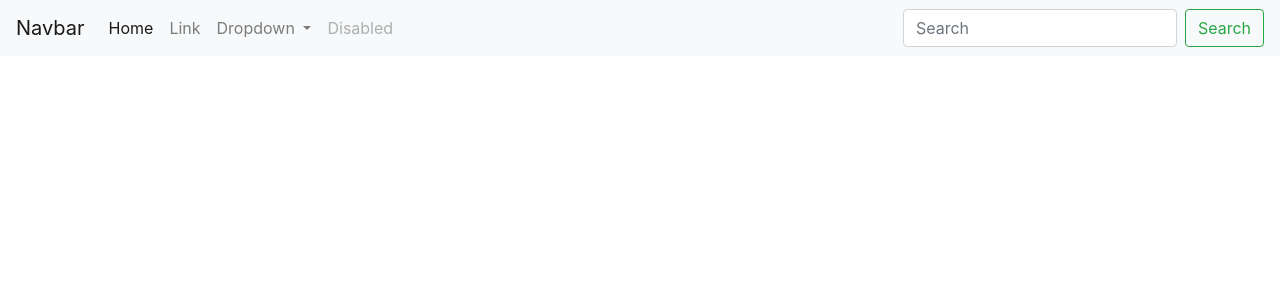
Repository: wolwerr/VueJs-Ninja
Page: Aula-13.html
An editor plug-in stored every save of this project. The page is shown before and after the next save, followed by the edit.
The browser window is 1280 px wide. The pictures show the whole page.

Above is the page before, as saved 2021-10-25 20:58:13.

### Aula-13.html
<!DOCTYPE html>
<html lang="en">
<head>
    <meta charset="UTF-8">
    <meta http-equiv="X-UA-Compatible" content="IE=edge">
    <meta name="viewport" content="width=device-width, initial-scale=1.0">
    <meta http-equiv="X-UA-Compatible" content="IE=edge">
    <title>Aulas de Vuejs</title>
    <link rel="stylesheet" href="https://maxcdn.bootstrapcdn.com/bootstrap/4.0.0/css/bootstrap.min.css" integrity="sha384-Gn5384xqQ1aoWXA+058RXPxPg6fy4IWvTNh0E263XmFcJlSAwiGgFAW/dAiS6JXm" crossorigin="anonymous">
</head>
<body>
    <div id="app">
        <navbar></navbar>
        </div>

        <template id="navbar">
            <nav class="navbar navbar-expand-lg navbar-light bg-light">
                <a class="navbar-brand" href="#">Navbar</a>
                <button class="navbar-toggler" type="button" data-toggle="collapse" data-target="#navbarSupportedContent" aria-controls="navbarSupportedContent" aria-expanded="false" aria-label="Toggle navigation">
                  <span class="navbar-toggler-icon"></span>
                </button>

                <div class="collapse navbar-collapse" id="navbarSupportedContent">
                  <ul class="navbar-nav mr-auto">
                    <li class="nav-item active">
                      <a class="nav-link" href="#">Home <span class="sr-only">(current)</span></a>
                    </li>
                    <li class="nav-item">
                      <a class="nav-link" href="#">Link</a>
                    </li>
                    <li class="nav-item dropdown">
                      <a class="nav-link dropdown-toggle" href="#" id="navbarDropdown" role="button" data-toggle="dropdown" aria-haspopup="true" aria-expanded="false">
                        Dropdown
                      </a>
                      <div class="dropdown-menu" aria-labelledby="navbarDropdown">
                        <a class="dropdown-item" href="#">Action</a>
                        <a class="dropdown-item" href="#">Another action</a>
                        <div class="dropdown-divider"></div>
                        <a class="dropdown-item" href="#">Something else here</a>
                      </div>
                    </li>
                    <li class="nav-item">
                      <a class="nav-link disabled" href="#">Disabled</a>
                    </li>
                  </ul>
                  <form class="form-inline my-2 my-lg-0">
                    <input class="form-control mr-sm-2" type="search" placeholder="Search" aria-label="Search">
                    <button class="btn btn-outline-success my-2 my-sm-0" type="submit">Search</button>
                  </form>
                </div>
              </nav>
        </template>

        <template id="menu">
            <ul>
                <li>Item 1</li>
                <li>Item 2</li>
                <li>Item 3</li>
            </ul>
        </template>

    <script src="https://unpkg.com/vue"></script>

    <script>
        Vue.component('navbar', {
            template: '#navbar'
        });
        Vue.component('menu-bar', {
            template:"#menu"
        });
        var app = new Vue({
            el: "#app",

            data: {
                titulo: "Aulas de Vuejs",



            }
        });
    </script>
</body>
</html>

After the next save:
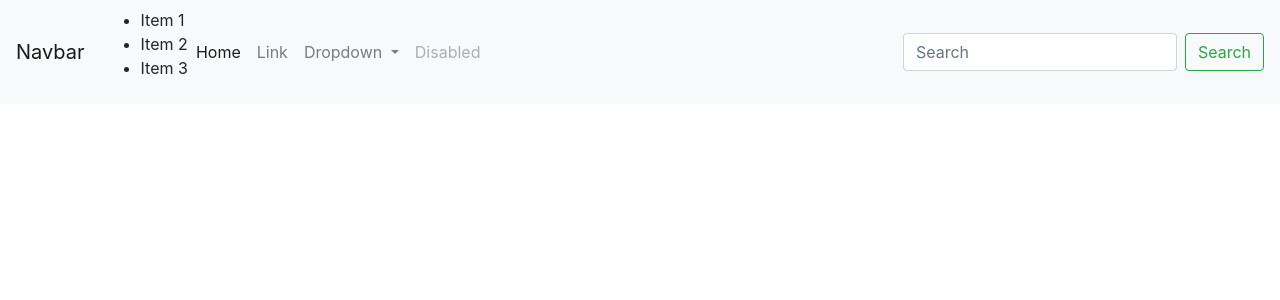
Saved 16 s later.
--- a/Aula-13.html
+++ b/Aula-13.html
@@ -21,6 +21,7 @@
                 </button>
 
                 <div class="collapse navbar-collapse" id="navbarSupportedContent">
+                    <menu-bar></menu-bar>
                   <ul class="navbar-nav mr-auto">
                     <li class="nav-item active">
                       <a class="nav-link" href="#">Home <span class="sr-only">(current)</span></a>
